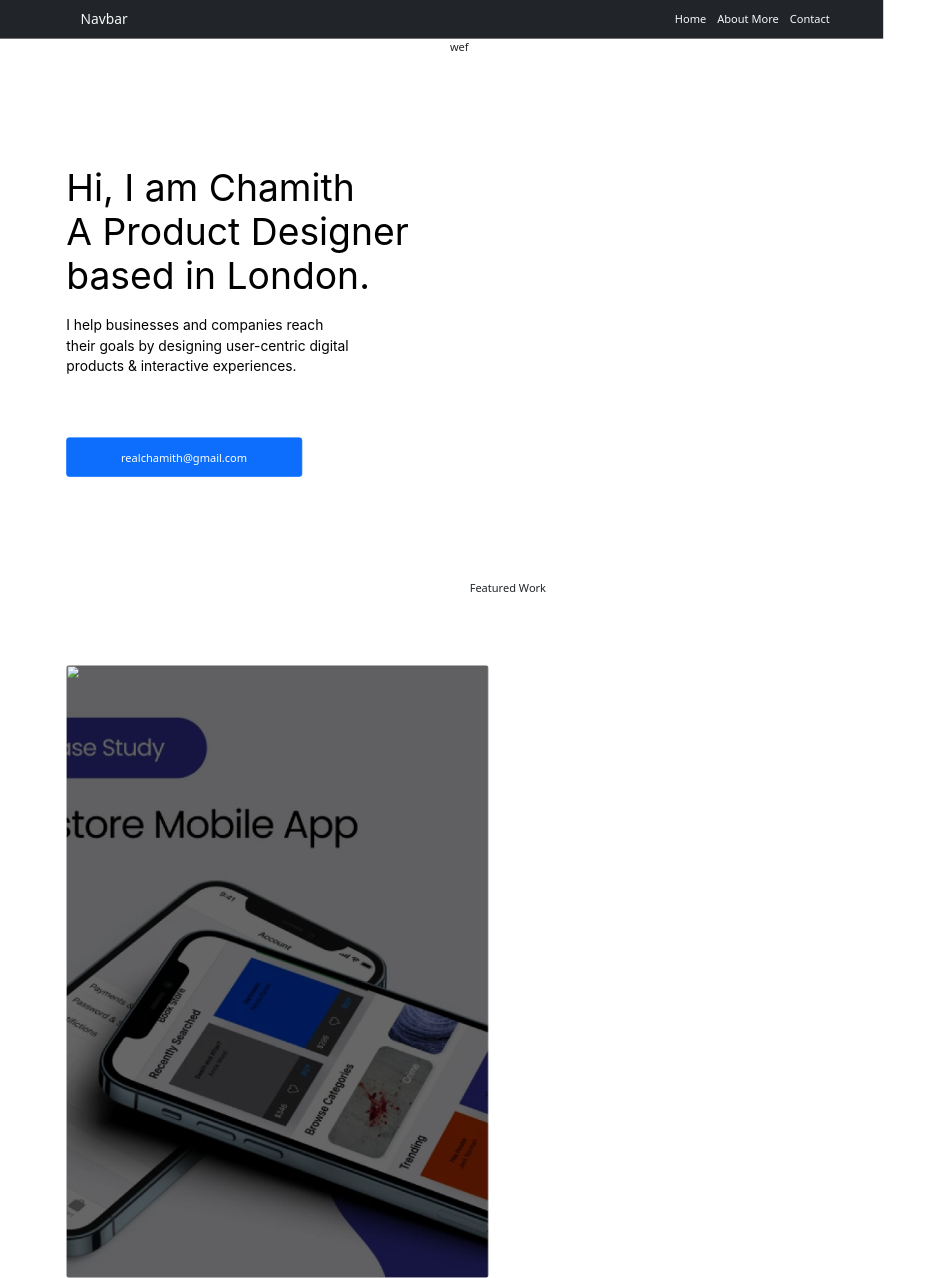
Repository: Realchamithweb/chamith-html
Page: index.html
An editor plug-in stored every save of this project. The page is shown before and after the next save, followed by the edit.
The browser window is 1280 px wide. The page is 1376 px wide, so the pictures cover 1376 px, including what lies to the right of the window. The pictures show the whole page, at 69% of full size.

Above is the page before, as saved 2023-01-04 09:27:38.

After the next save:
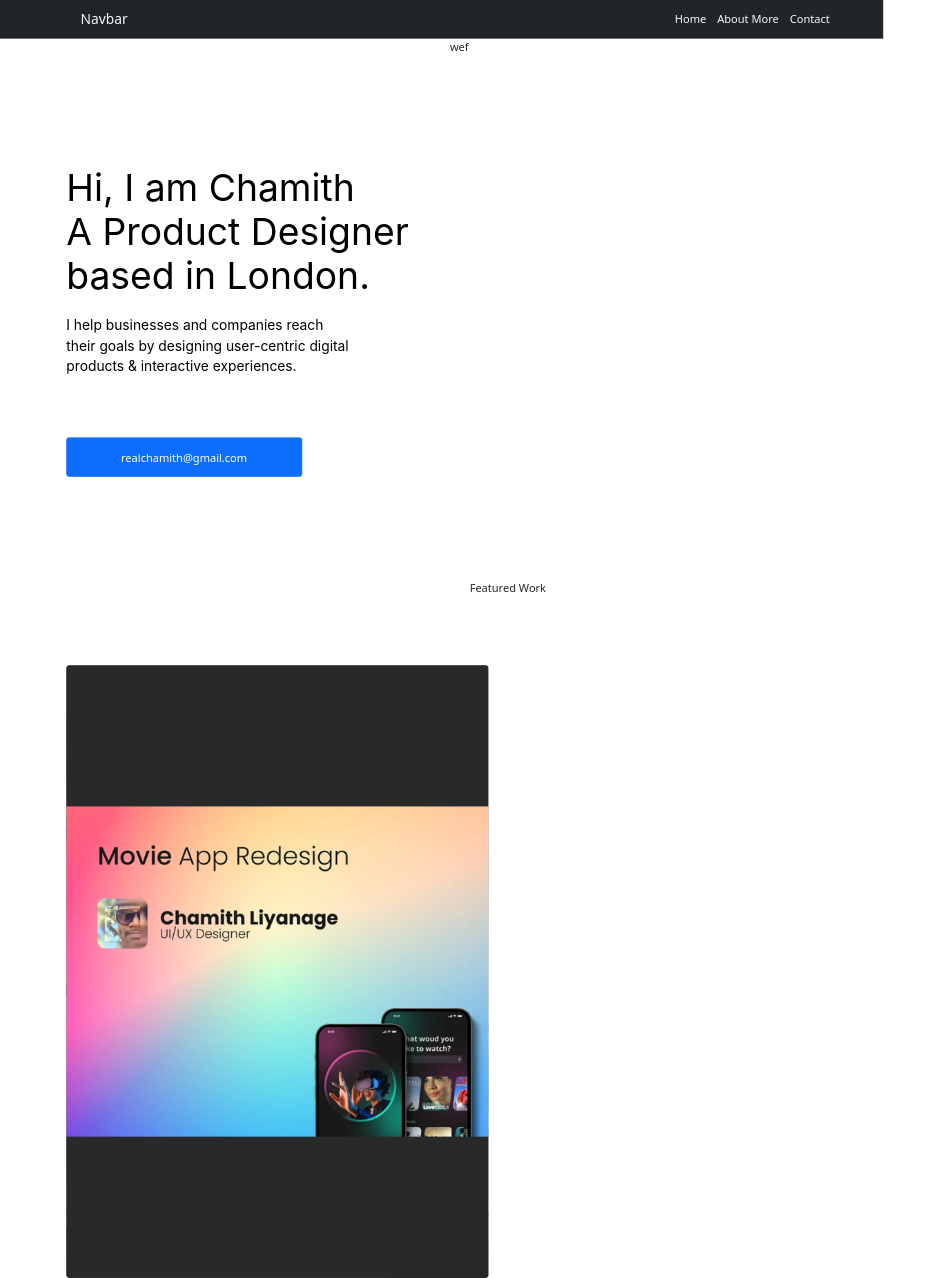
Saved 4 s later.
--- a/index.html
+++ b/index.html
@@ -71,7 +71,7 @@
 
                     </div>
                     <div class="col-lg-6">
-                        <img src=""E:\chamith html/inc/unsplash_g-pKprPg5yw.png" class="img01">
+                        <img src="/inc/unsplash_g-pKprPg5yw.png" class="img01">
                     </div>
                 </div>
             </div>
